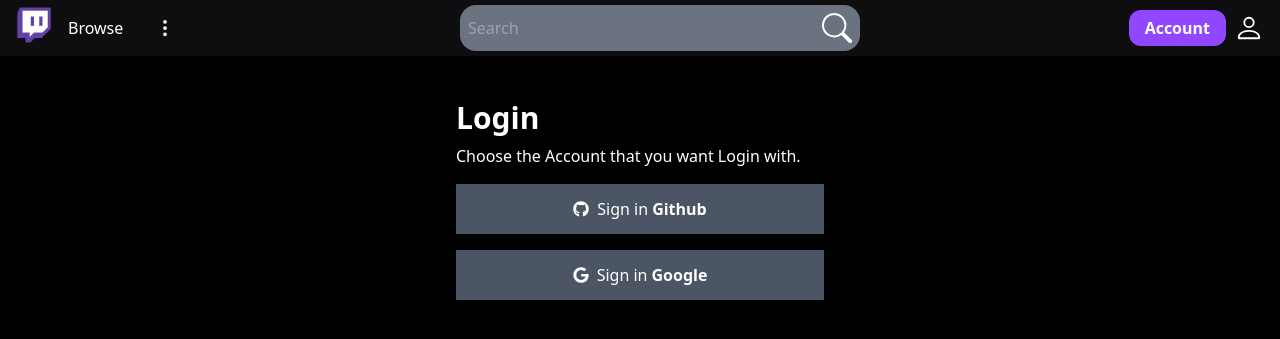
Repository: remydev47/twitch-clone
Page: /account
An editor plug-in stored every save of this project. The page is shown before and after the next save, followed by the edit.
The browser window is 1280 px wide. The pictures show the whole page.
The page's requests for data from a server got no answer. The project was rebuilt for these pictures with package versions that can differ from the ones it lists, and the page was loaded fresh each time. The framework's server and built-in components were replaced by stand-ins that run in the browser. No one was signed in, and anything a server would have sent is missing. Also part of the build but not shown: next.config.js.

Above is the page before, as saved 2022-07-27 16:09:04.

### pages/_app.js
import Navbar from '../components/Navbar';
import { SessionProvider } from "next-auth/react"
import '../styles/globals.css'

function MyApp({ session, Component, pageProps }) {
  return (
    <SessionProvider session={session}>
    <Navbar />
   <Component {...pageProps} />
  </SessionProvider>
  )
}

export default MyApp

### pages/account.js
import { useSession, signIn, signOut } from "next-auth/react"
import Image from 'next/image'
import { FaGithub,FaGoogle } from 'react-icons/fa'

const account = () => {
  const { data: session } = useSession()

  if (session) {
    return (
      <div className={styles.signIn}>
        <h1 className="text-2xl font-bold">Welcome, {session.user.name} </h1>
        <p className="py-4">Signed us {session.user.email}</p>
        <div className='pb-4 m-auto'>
            <Image
              className="rounded-full"
              src={session.user.image}
              alt="/"
              width="100"
              height="100"
            />
        </div>
        <button className={styles.signOut} onClick={() => signOut()}>Sign out</button>
      </div>
    )
  }
  return (
    <div className={styles.signIn}>
      <h2 className="text-3xl font-bold"> Login </h2>
      <p className="py-2">Choose the Account that you want Login with.</p>
      <button
       onClick={() => signIn()}
       className={styles.button}
       >
        <FaGithub className="mr-2"/>
        Sign in
        <span className={styles.github}>
            Github
        </span>
    </button>
    <button
       onClick={() => signIn()}
       className={styles.button}
       >
        <FaGoogle className="mr-2"/>
        Sign in
        <span className={styles.github}>
            Google
        </span>
    </button>
    </div>
  )
}

export default account;
const styles = {
    signIn:`pt-[100px] flex flex-col max-w-[400px] w-full mx-auto p-4`,
    github:`font-bold pl-1`,
    button:`flex items-center justify-center bg-gray-600 p-3 my-2 border border-gray-600`,
    signOut:`flex items-center justify-center p-3 bg-gray-600 border border-gray-600`
}

### components/Navbar.js
import React, { Fragment } from 'react'
import Link from 'next/link'
import Image from 'next/image'
import Logo from '../public/assets/logo.png'
import { BsPerson, BsSearch, BsThreeDotsVertical } from 'react-icons/bs';
import { AiOutlineMenu, AiOutlineClose } from 'react-icons/ai';
import { Menu, Transition } from '@headlessui/react'
import { useState } from 'react'


function classNames(...classes) {
  return classes.filter(Boolean).join('')
}

const Navbar = () => {

  const [nav, setNav] = useState(true)

  const handleNav = () => {
    setNav(!nav)
  }

  return (
    <div className={styles.container}>
      {/* Left Bar */}
      <div className={styles.leftWrapper}>
        <Link href="/">
          <a>
            <Image
              alt="/"
              src={Logo}
              height={36}
              width={36}
              className='cursor-pointer z-10'
            />
          </a>
        </Link>
        <p className='p-4'>Browse</p>
        <div className='p-4'>
        <Menu as='div' className='relative text-left'>
            <div className='flex'>
              <Menu.Button>
                <BsThreeDotsVertical size={20} />
              </Menu.Button>
            </div>

            <Transition
              as={Fragment}
              enter='transition ease-out duration-100'
              enterFrom='transform opacity-0 scale-95'
              enterTo='transform opacity-100 scale-100'
              leave='transition ease-in duration-75'
              leaveFrom='transform opacity-100 scale-100'
              leaveTo='transform opacity-0 scale-95'
            >
              <Menu.Items className='origin-top-right absolute left-0 mt-2 w-56 rounded-md shadow-lg bg-[#0e0e10] ring-1 ring-white ring-opacity-5 focus:outline-none'>
                <div className='py-1'>
                  <Menu.Item>
                    {({ active }) => (
                      <a
                        href='#'
                        className={classNames(
                          active
                            ? 'bg-gray-500 text-gray-100'
                            : 'text-gray-200',
                          'block px-4 py-2 text-sm'
                        )}
                      >
                        Settings
                      </a>
                    )}
                  </Menu.Item>
                  <Menu.Item>
                    {({ active }) => (
                      <a
                        href='#'
                        className={classNames(
                          active
                            ? 'bg-gray-500 text-gray-100'
                            : 'text-gray-200',
                          'block px-4 py-2 text-sm'
                        )}
                      >
                        Support
                      </a>
                    )}
                  </Menu.Item>
                  <Menu.Item>
                    {({ active }) => (
                      <a
                        href='#'
                        className={classNames(
                          active
                            ? 'bg-gray-500 text-gray-100'
                            : 'text-gray-200',
                          'block px-4 py-2 text-sm'
                        )}
                      >
                        License
                      </a>
                    )}
                  </Menu.Item>
                </div>
              </Menu.Items>
            </Transition>
          </Menu>
       </div>
      </div>
      {/* Middlebar */}
      <div className={styles.middleContainer}>
        <div className={styles.middleWrapper}>
          <div>
            <input
               type="text"
               placeholder='Search'
               className={styles.input}
             />
          </div>
          <div>
            <BsSearch size={30} />
          </div>
        </div>
      </div>
      {/* Rightside */}
      <div className={styles.rightContainer}>
        <div className={styles.rightWrapper}>
          <Link href="/account">
            <button className={styles.accountContainer}>
              Account
            </button>
          </Link>
          <BsPerson size={30}/>
        </div>
      </div>
      {/* Humburger Menu */}
      <div
      onClick={handleNav}
        className={styles.menuItem}
      >
       {nav ? <AiOutlineClose size={25} /> :  <AiOutlineMenu size={25}/>}
      </div>
      {/* Mobile Menu */}
     <div
       className={
        nav
         ? styles.mobileContainer1
         : styles.mobileContainer2
       }
     >
      <ul className='text-center'>
        <li className={styles.homestyles}>
          <Link href="/">Home</Link>
        </li>
        <li className={styles.homestyles}>
          <Link href="/">Live Channels</Link>
        </li>
        <li className={styles.homestyles}>
          <Link href="/">Top Categories</Link>
        </li>
        <li className={styles.homestyles}>
          <Link href="/account">Account</Link>
        </li>
      </ul>
     </div>

    </div>
  )
}

export default Navbar

const styles ={
    container:`fixed h-14 w-full flex flex-nowrap items-center p-4 bg-[#0e0e10] mb-[2px] z-10`,
    leftWrapper:`flex grow items-center justify-start`,
    middleContainer:`hidden md:flex grow-[2] justify-center item-center`,
    middleWrapper:`flex bg-gray-500 text-white justify-between items-center max-w-[400px] w-full m-auto p-2 rounded-2xl`,
    input:`bg-transparent border-none text-white focus:outline-none`,
    rightContainer:`hidden md:flex grow items-center justify-end`,
    rightWrapper:`flex items-center`,
    accountContainer:`px-4 py-[6px] font-bold rounded-xl bg-[#9147FF] mr-2`,
    mobileContainer1: `md:hidden fixed top-0 left-0 w-full h-screen bg-[#0e0e10] flex justify-center items-center ease-in duration-300`,
    mobileContainer2: `md:hidden fixed top-[-100%] left-0 w-full h-screen bg-[#0e0e10] flex justify-center items-center ease-in duration-300`,
    homestyles:`p-4 text-3xl font-bold`,
    menuItem:`block md:hidden z-10 cursor-pointer`
}

### styles/globals.css
@tailwind base;
@tailwind components;
@tailwind utilities;

html {
  @apply bg-black text-white
}

Loaded but not shown: tailwind.config.js (common file)

After the next save:
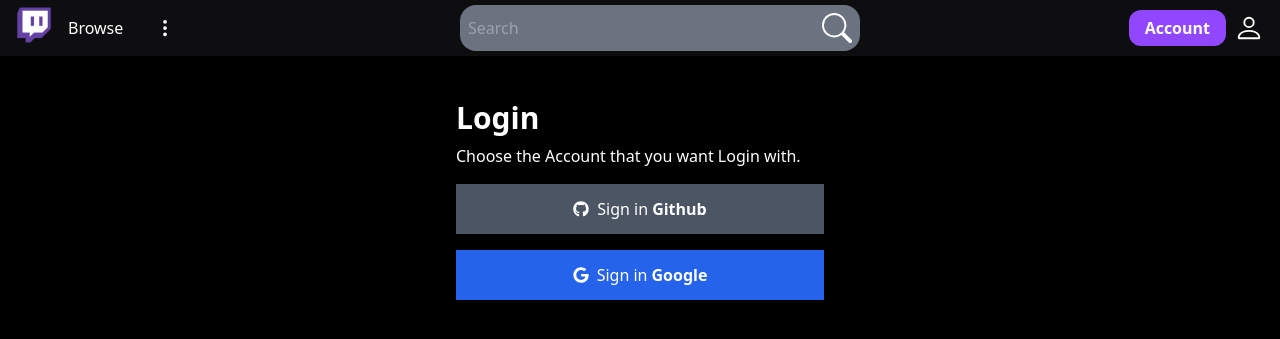
Saved 117 s later.
--- a/pages/account.js
+++ b/pages/account.js
@@ -29,7 +29,7 @@
       <p className="py-2">Choose the Account that you want Login with.</p>
       <button
        onClick={() => signIn()}
-       className={styles.button}
+       className={styles.button1}
        >
         <FaGithub className="mr-2"/>
         Sign in
@@ -39,7 +39,7 @@
     </button>
     <button
        onClick={() => signIn()}
-       className={styles.button}
+       className={styles.button2}
        >
         <FaGoogle className="mr-2"/>
         Sign in
@@ -55,6 +55,7 @@
 const styles = {
     signIn:`pt-[100px] flex flex-col max-w-[400px] w-full mx-auto p-4`,
     github:`font-bold pl-1`,
-    button:`flex items-center justify-center bg-gray-600 p-3 my-2 border border-gray-600`,
+    button1:`flex items-center justify-center bg-gray-600 p-3 my-2 border border-gray-600`,
+    button2:`flex items-center justify-center bg-blue-600 p-3 my-2 border border-blue-600`,
     signOut:`flex items-center justify-center p-3 bg-gray-600 border border-gray-600`
 }
